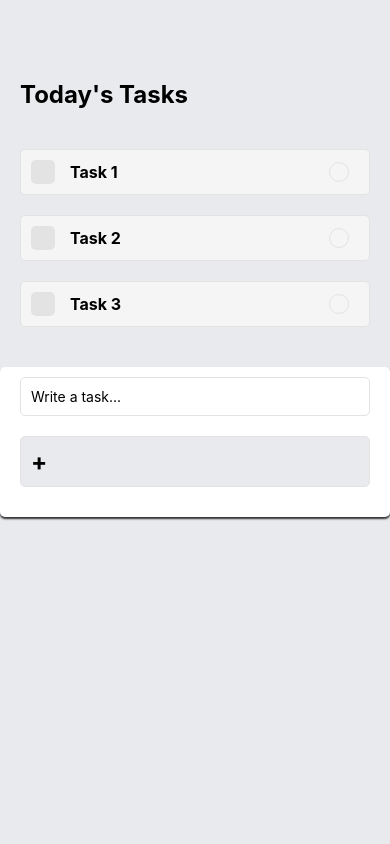
Repository: lomelo-x/ToDo-App
Screen: /
These files come from the project's save history. The screen is drawn as it stood at one moment and after a run of saves; the edit follows.
The app was drawn by React Native's web renderer in a window 390 px wide. The project was rebuilt for these pictures with package versions that can differ from the ones it lists, and the page was loaded fresh each time.

Above is the screen before, as saved 2022-06-17 21:15:01.

After the next 3 saves:
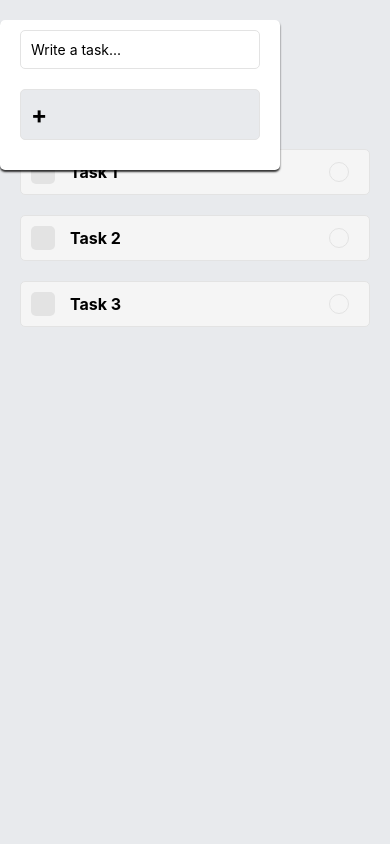
The 3 saves are shown as one change because they came seconds apart.
The last was saved 2 min 8 s later.
--- a/App.js
+++ b/App.js
@@ -45,6 +45,7 @@ const styles = StyleSheet.create({
 		marginTop: 20,
 	},
 	writeTaskContainer: {
+		position: 'absolute',
 		paddingHorizontal: 20,
 		paddingVertical: 10,
 		backgroundColor: '#fff',
